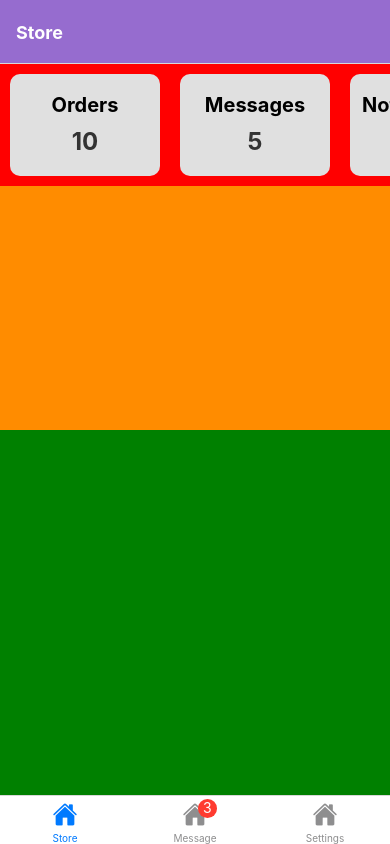
Repository: Waikato153/AwesomeProject
Screen: /
These files come from the project's save history. The screen is drawn as it stood at one moment and after the next save; the edit follows.
The app was drawn by React Native's web renderer in a window 390 px wide. The project was rebuilt for these pictures with package versions that can differ from the ones it lists, and the page was loaded fresh each time.

Above is the screen before, as saved 2024-02-29 11:57:14.

### App.js
import * as React from 'react';
import { Text, View, StyleSheet} from 'react-native';
import { NavigationContainer } from '@react-navigation/native';
import { createBottomTabNavigator } from '@react-navigation/bottom-tabs';
import { Ionicons } from '@expo/vector-icons';

import HomeScreen from './screens/HomeScreen';

function SettingsScreen() {
  return (
    <View style={{ flex: 1, justifyContent: 'center', alignItems: 'center' }}>
      <Text>Settings!</Text>
    </View>
  );
}


const styles = StyleSheet.create({
  container: {
    flex: 1,
    justifyContent: 'center',
    backgroundColor: 'white',
    alignItems: 'center',
    padding: 8,
  },
  paragraph: {
    margin: 24,
    fontSize: 18,
    fontWeight: 'bold',
    textAlign: 'center',
  },
});

const Tab = createBottomTabNavigator();

function MyTabs() {
  return (

    <Tab.Navigator
      screenOptions={{
        tabBarIcon: ({ color, size }) => (
          <Ionicons name="home" color={color} size={size} />
        ),
        headerStyle: {
          backgroundColor: '#966ccf',
        },
        headerTintColor: '#fff',
        headerTitleStyle: {
          fontWeight: 'bold',
        },
      }}
    >
      <Tab.Screen
        name="Store"
        component={HomeScreen}

      />
      <Tab.Screen
        name="Message"
        component={SettingsScreen}
        options={{
          tabBarBadge: 3
        }}
      />
      <Tab.Screen
        name="Settings"
        component={SettingsScreen}
      />
    </Tab.Navigator>
  );
}

export default function App() {
  return (
    <NavigationContainer>
      <MyTabs />
    </NavigationContainer>
  );
}

### screens/HomeScreen.js
import React from 'react';
import { View, Text, StyleSheet, FlatList } from 'react-native';

const data = [
  { title: 'Orders', count: 10 },
  { title: 'Messages', count: 5 },
  { title: 'Notifications', count: 8 },
  // Add more data as needed
];

const renderItem = ({ item }) => (
  <View style={styles.block}>
    <Text style={styles.title}>{item.title}</Text>
    <Text style={styles.count}>{item.count}</Text>
  </View>
);

const HomeScreen = () => {
  return (
    <View style={styles.container}>
      <View style={{flex: 1, backgroundColor: 'red'}}>
        <FlatList
          horizontal
          data={data}
          renderItem={renderItem}
          keyExtractor={(item, index) => index.toString()}
          showsHorizontalScrollIndicator={false}
          contentContainerStyle={styles.flatListContent}
        />
      </View>
      <View style={{flex: 2, backgroundColor: 'darkorange'}} />
      <View style={{flex: 3, backgroundColor: 'green'}} />
    </View>
  );
};

const styles = StyleSheet.create({
  container: {
    flex: 1,
  },
  flatListContent: {
    //paddingLeft: 20,
    //paddingRight: 20,
  },
  block: {
    width: 150, // 设置方块宽度
    justifyContent: 'center',
    alignItems: 'center',
    backgroundColor: '#e0e0e0',
    borderRadius: 10,
    padding: '0 20 0',
    margin: 10,
  },
  title: {
    fontSize: 20,
    fontWeight: 'bold',
    marginBottom: 10,
  },
  count: {
    fontSize: 24,
    fontWeight: 'bold',
    color: '#333333',
  },
});

export default HomeScreen;

After the next save:
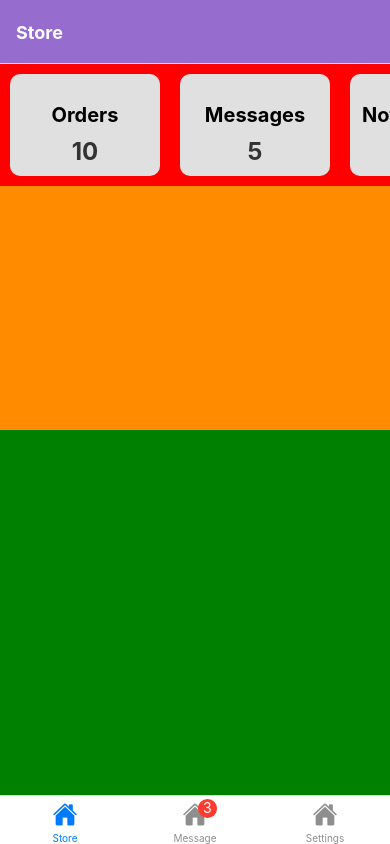
Saved 11 s later.
--- a/screens/HomeScreen.js
+++ b/screens/HomeScreen.js
@@ -48,7 +48,7 @@ const styles = StyleSheet.create({
     alignItems: 'center',
     backgroundColor: '#e0e0e0',
     borderRadius: 10,
-    padding: '0 20 0',
+    paddingTop: 20,
     margin: 10,
   },
   title: {

After the save that followed:
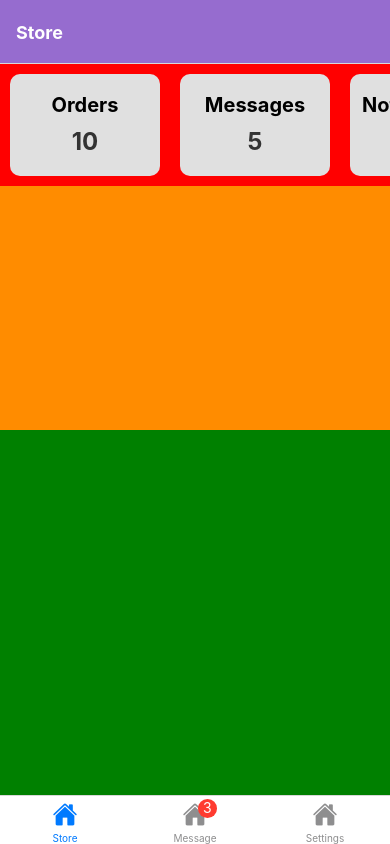
Saved 12 s later.
--- a/screens/HomeScreen.js
+++ b/screens/HomeScreen.js
@@ -48,7 +48,7 @@ const styles = StyleSheet.create({
     alignItems: 'center',
     backgroundColor: '#e0e0e0',
     borderRadius: 10,
-    paddingTop: 20,
+    padding: 20,
     margin: 10,
   },
   title: {
